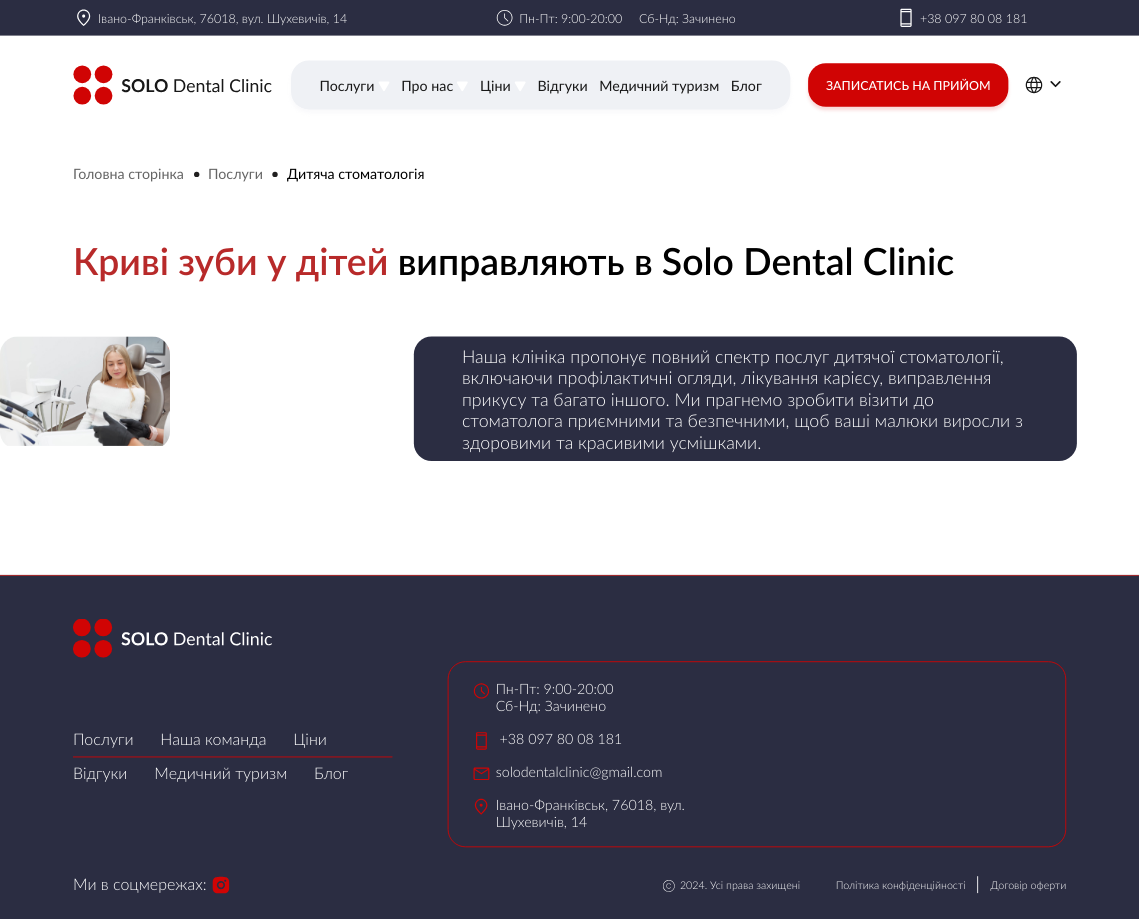
Repository: TarasDutchak/dental-clinic
Page: pediatric-dentistry.html
The author's editor kept a copy of each file at every save. The page is drawn from the files as they stood at one save, then again after the next save.
The browser window is 1280 px wide. The pictures show the whole page, at 89% of full size.
Pictures or frames that could not be fetched are drawn as grey boxes.

Above is the page before, as saved 2024-12-31 07:42:24.

After the next save:
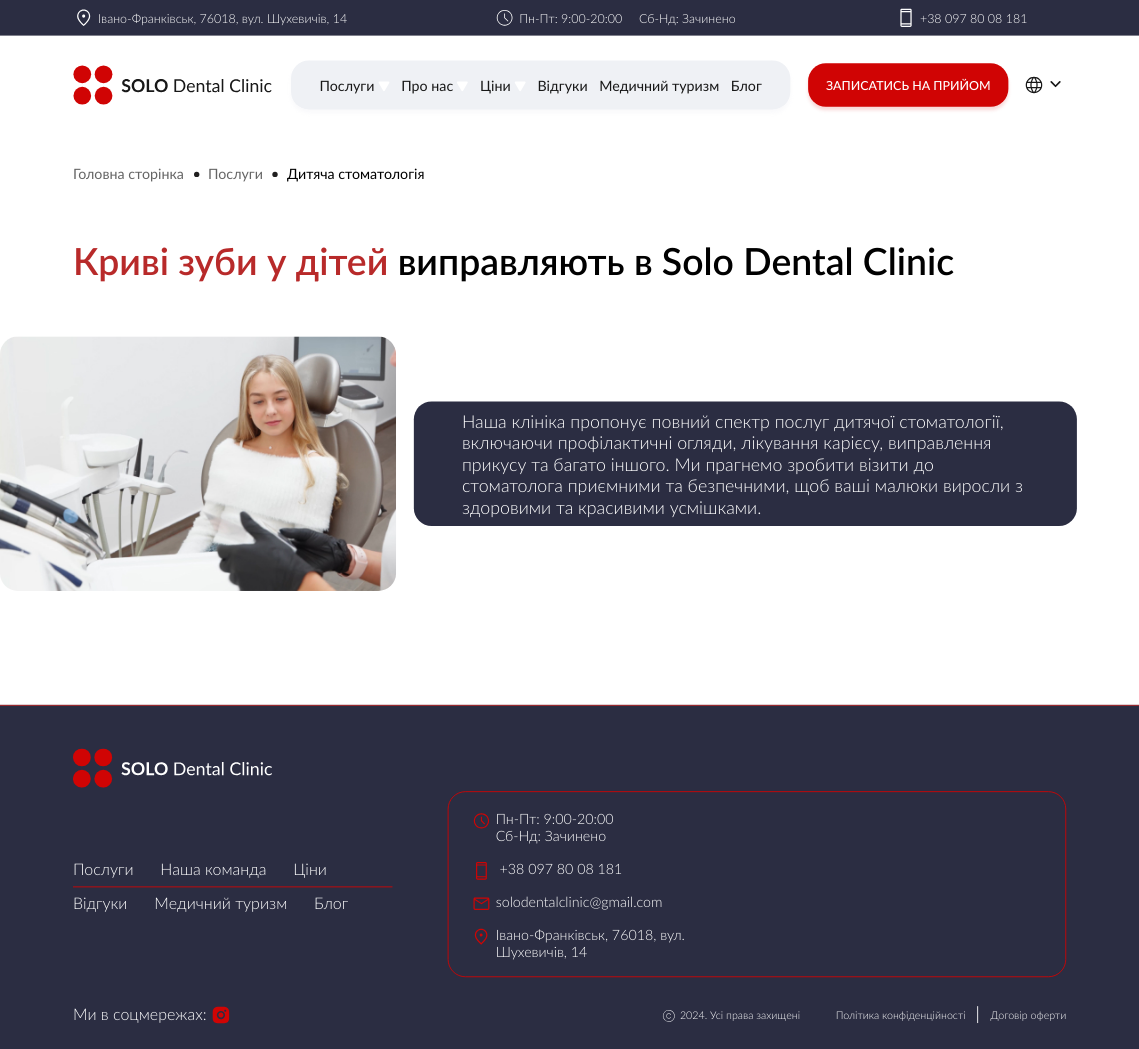
Saved 22 s later.
--- a/pediatric-dentistry.html
+++ b/pediatric-dentistry.html
@@ -170,11 +170,12 @@
             </div>
             <div class="reversesect">
                 <div class="container-r0">
-                    <div class="d-flex">
+                    <div class="d-flex align-items-center">
                         <div class="reversesect__left">
                             <div class="descr">
                                 <p>
-                                    Наша клініка пропонує повний спектр послуг дитячої стоматології, включаючи профілактичні
+                                    Наша клініка пропонує повний спектр послуг дитячої стоматології, включаючи
+                                    профілактичні
                                     огляди, лікування карієсу, виправлення прикусу та багато іншого. Ми прагнемо зробити
                                     візити до стоматолога приємними та безпечними, щоб ваші малюки виросли
                                     з здоровими та красивими усмішками.
@@ -182,7 +183,7 @@
                             </div>
                         </div>
                         <div class="reversesect__right">
-                            <div class="imgwrap">
+                            <div class="imgsect">
                                 <img src="img/pediatricdentistry/2.jpg" alt="img">
                             </div>
                         </div>
